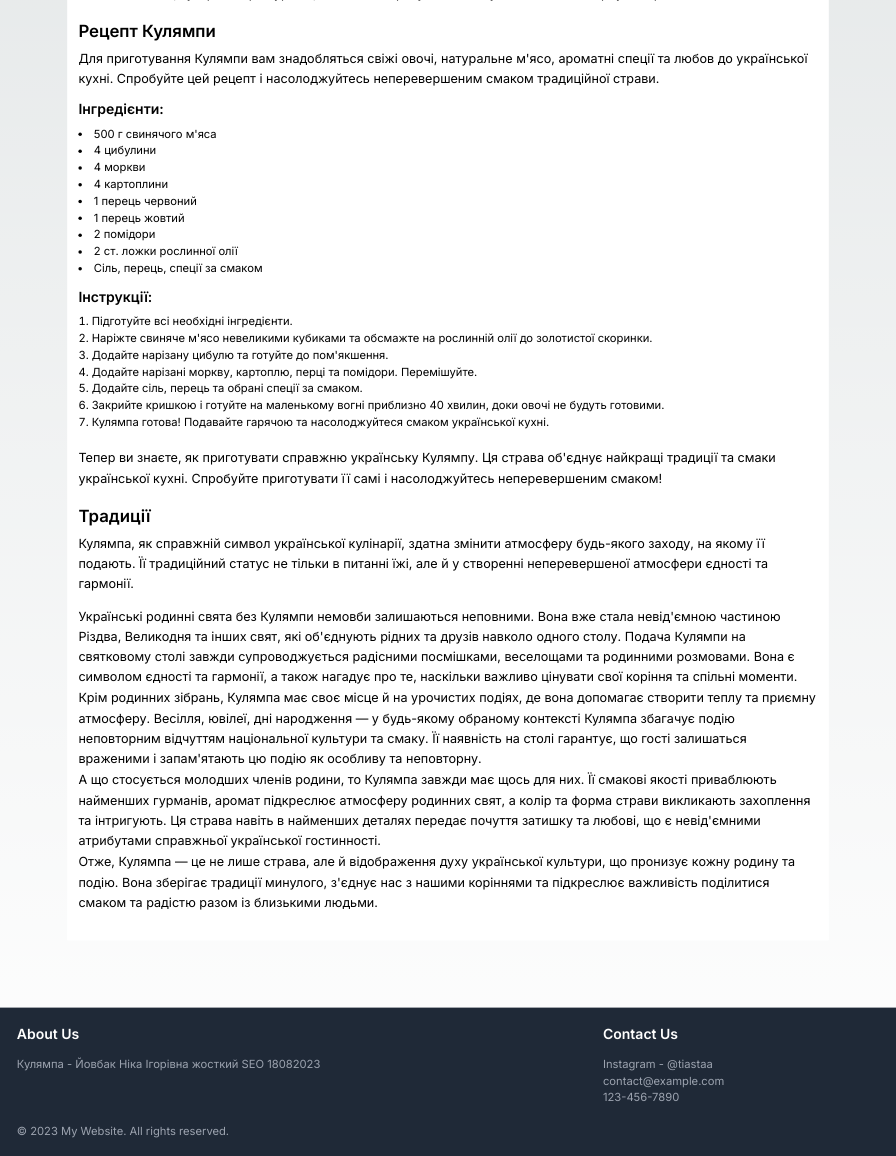
Repository: nika-otter/Kulyampa
Page: /
The author's editor kept a copy of each file at every save. The page is drawn from the files as they stood at one save, then again after the next save.
The browser window is 1280 px wide. The pictures show the part of the page from y = 1288 to 3208 px (the page is 2940 px tall before and 3208 px after), at 70% of full size.
The project was rebuilt for these pictures with package versions that can differ from the ones it lists, and the page was loaded fresh each time. The framework's server and built-in components were replaced by stand-ins that run in the browser. Also part of the build but not shown: next.config.js.

Above is the page before, as saved 2023-08-20 22:34:27.

### app/layout.tsx
import Header from '@/components/Header'
import Footer from '@/components/Footer'
import './globals.css'
import type { Metadata } from 'next'
import { Inter } from 'next/font/google'

const inter = Inter({ subsets: ['latin'] })

export const metadata: Metadata = {
  title: 'Кулямпа',
  description: 'Йовбак Ніка Ігорівна жосткий SEO 18082023',
}

export default function RootLayout({
  children,
}: {
  children: React.ReactNode
}) {
  return (
    <html lang="en">
      <head>
        <meta name="google-site-verification" content="2mgyOlwwhb-FOBIHL0X8Rst2spNoz82k-JcZP-eiwag" />
      </head>
      <body className={inter.className}>
        <Header />

        <main className="flex min-h-screen flex-col items-center justify-between sm:p-2 md:p-5 lg:p-24 xl:p-24 2xl:p-24 ">
            {children}
          </main>
        <Footer/>
        </body>

    </html>
  )
}

### app/page.tsx
import Kulyampa from '@/components/Kulyampa'
import Image from 'next/image'

export default function Home() {
  return (
    <>
      <Kulyampa />
    </>
  )
}

### components/Header.tsx
import Link from 'next/link'
import React from 'react'

const Header = () => {
  return (
    <header className="bg-gray-800 text-white py-4 px-4">
      <div className="container mx-auto flex justify-between items-center">
        <h1 className="text-xl font-semibold">Кулямпа</h1>
        <nav>
          <div className="flex space-x-4">
            <Link href="/">Кулямпа</Link>
            <Link href="/YN">SEO</Link>

          </div>
        </nav>
      </div>
    </header>
  )
}

export default Header

### components/Footer.tsx
import React from "react";

const Footer = () => {
  return (
    <footer className="bg-gray-800 text-white py-6 px-6">
      <div className="container mx-auto">
        <div className="grid grid-cols-1 md:grid-cols-3 gap-6">
          <div className="col-span-1 md:col-span-2">
            <h2 className="text-xl font-semibold mb-4">About Us</h2>
            <p className="text-gray-400">
              Кулямпа - Йовбак Ніка Ігорівна жосткий SEO 18082023
            </p>
          </div>
          <div>
            <h2 className="text-xl font-semibold mb-4">Contact Us</h2>
            <p className="text-gray-400">Instagram - <a href="https://instagram.com/tiastaa?igshid=NTc4MTIwNjQ2YQ==">@tiastaa</a></p>
            <p className="text-gray-400">contact@example.com</p>
            <p className="text-gray-400">123-456-7890</p>
          </div>
        </div>
        <div className="mt-6 ">
          <p className="text-gray-400 ">
            &copy; {new Date().getFullYear()} My Website. All rights reserved.
          </p>
        </div>
      </div>
    </footer>
  );
};

export default Footer;

### app/globals.css
@tailwind base;
@tailwind components;
@tailwind utilities;

:root {
  --foreground-rgb: 0, 0, 0;
  --background-start-rgb: 214, 219, 220;
  --background-end-rgb: 255, 255, 255;
}

@media (prefers-color-scheme: light) {
  :root {
   --foreground-rgb: 0, 0, 0;
  --background-start-rgb: 214, 219, 220;
  --background-end-rgb: 255, 255, 255;
  }
}

body {
  color: rgb(var(--foreground-rgb));
  background: linear-gradient(
      to bottom,
      transparent,
      rgb(var(--background-end-rgb))
    )
    rgb(var(--background-start-rgb));
}

### components/Kulyampa.tsx
import Image from 'next/image'
import React from 'react'

const Kulyampa = () => {
  return (
    <div className="bg-white p-4">
      <h1 className="text-3xl font-bold mb-4">Кулямпа: Традиційна українська страва</h1>
      <p className="text-gray-600 mb-2">Опубліковано 18 серпня 2023</p>

        <img src="/ca-creative-yzFO7e_87fs-unsplash.jpg" alt="Кулямпа" className="w-full h-auto mb-6" />
      <nav className="mb-6">
        <ul className="flex space-x-4">
          <li>
            <a href="#about" className="text-blue-500 hover:underline">Про Кулямпу</a>
          </li>
          <li>
            <a href="#recipe" className="text-blue-500 hover:underline">Рецепт</a>
          </li>
          <li>
            <a href="#traditions" className="text-blue-500 hover:underline">Традиції</a>
          </li>
        </ul>
      </nav>

      <section id="about" className="mb-6">
        <h2 className="text-2xl font-semibold mb-2">Про Кулямпу</h2>
        <p className="text-lg leading-relaxed mb-4">
          <p className="text-lg leading-relaxed mb-4">
            <span>Кулямпа </span>
           — це неймовірна страва, що вважається істинним скарбом української кулінарії,
          переповнена багатством смаків та ароматів, що відбивають багаторічні традиції та культурну спадщину нашого народу.
          Від тих часів, коли вона вперше з'явилася на українських обідніх столах, аж до сьогодення,
          Кулямпа пройшла великий шлях і стала символом злагоди, щедрості і гостинності.
        </p>
        <p className="text-lg leading-relaxed mb-4">
          Кулямпа — це більше, ніж просто страва. Вона є окном у минуле, яке дарує нам змогу сприймати аромати давніх часів
          та відчути палітру смаків, які розповідають про багатство української землі. Кожен шматочок цієї страви — це ковзання в часі,
          зустріч із пращурами, які вже тоді розуміли та цінували цю неповторну симфонію смаків.
        </p>
        </p>
      </section>

      <section id="recipe" className="mb-6">
        <h2 className="text-2xl font-semibold mb-2">Рецепт Кулямпи</h2>
        <p className="text-lg leading-relaxed mb-4">
        Для приготування Кулямпи вам знадобляться свіжі овочі, натуральне м'ясо,
        ароматні спеції та любов до української кухні. Спробуйте цей рецепт і
        насолоджуйтесь неперевершеним смаком традиційної страви.
      </p>

      <h3 className="text-xl font-semibold mb-2">Інгредієнти:</h3>
      <ul className="list-disc list-inside mb-4">
        <li>500 г свинячого м'яса</li>
        <li>4 цибулини</li>
        <li>4 моркви</li>
        <li>4 картоплини</li>
        <li>1 перець червоний</li>
        <li>1 перець жовтий</li>
        <li>2 помідори</li>
        <li>2 ст. ложки рослинної олії</li>
        <li>Сіль, перець, спеції за смаком</li>
      </ul>

      <h3 className="text-xl font-semibold mb-2">Інструкції:</h3>
      <ol className="list-decimal list-inside mb-6">
        <li>Підготуйте всі необхідні інгредієнти.</li>
        <li>Наріжте свиняче м'ясо невеликими кубиками та обсмажте на рослинній олії до золотистої скоринки.</li>
        <li>Додайте нарізану цибулю та готуйте до пом'якшення.</li>
        <li>Додайте нарізані моркву, картоплю, перці та помідори. Перемішуйте.</li>
        <li>Додайте сіль, перець та обрані спеції за смаком.</li>
        <li>Закрийте кришкою і готуйте на маленькому вогні приблизно 40 хвилин, доки овочі не будуть готовими.</li>
        <li>Кулямпа готова! Подавайте гарячою та насолоджуйтеся смаком української кухні.</li>
      </ol>

      <p className="text-lg leading-relaxed">
        Тепер ви знаєте, як приготувати справжню українську Кулямпу. Ця страва
        об'єднує найкращі традиції та смаки української кухні. Спробуйте приготувати
        її самі і насолоджуйтесь неперевершеним смаком!
      </p>
      </section>

      <section id="traditions" className="mb-6">
        <h2 className="text-2xl font-semibold mb-2">Традиції</h2>
        <p className="text-lg leading-relaxed mb-4">
          Кулямпа, як справжній символ української кулінарії, здатна змінити атмосферу будь-якого заходу, на якому її подають.
          Її традиційний статус не тільки в питанні їжі, але й у створенні неперевершеної атмосфери єдності та гармонії.
        </p>
        <p className="text-lg leading-relaxed">
          Українські родинні свята без Кулямпи немовби залишаються неповними. Вона вже стала невід'ємною частиною Різдва, Великодня та інших свят,
          які об'єднують рідних та друзів навколо одного столу. Подача Кулямпи на святковому столі завжди супроводжується радісними посмішками,
          веселощами та родинними розмовами. Вона є символом єдності та гармонії, а також нагадує про те, наскільки важливо цінувати свої коріння та спільні моменти.
        </p>
        <p className="text-lg leading-relaxed">
          Крім родинних зібрань, Кулямпа має своє місце й на урочистих подіях, де вона допомагає створити теплу та приємну атмосферу. Весілля, ювілеї, дні народження —
          у будь-якому обраному контексті Кулямпа збагачує подію неповторним відчуттям національної культури та смаку. Її наявність на столі гарантує, що гості залишаться враженими
          і запам'ятають цю подію як особливу та неповторну.
        </p>
        <p className="text-lg leading-relaxed">
          А що стосується молодших членів родини, то Кулямпа завжди має щось для них. Її смакові якості приваблюють найменших гурманів, аромат підкреслює атмосферу родинних свят,
          а колір та форма страви викликають захоплення та інтригують. Ця страва навіть в найменших деталях передає почуття затишку та любові, що є невід'ємними атрибутами справжньої української гостинності.
        </p>
        <p className="text-lg leading-relaxed">
          Отже, Кулямпа — це не лише страва, але й відображення духу української культури, що пронизує кожну родину та подію. Вона зберігає традиції минулого, з'єднує нас з нашими коріннями
          та підкреслює важливість поділитися смаком та радістю разом із близькими людьми.
        </p>
      </section>


    </div>
  )
}

export default Kulyampa

### tailwind.config.ts
import type { Config } from 'tailwindcss'

const config: Config = {
  content: [
    './pages/**/*.{js,ts,jsx,tsx,mdx}',
    './components/**/*.{js,ts,jsx,tsx,mdx}',
    './app/**/*.{js,ts,jsx,tsx,mdx}',
  ],
  darkMode: 'media',
  theme: {
    extend: {
      backgroundImage: {
        'gradient-radial': 'radial-gradient(var(--tw-gradient-stops))',
        'gradient-conic':
          'conic-gradient(from 180deg at 50% 50%, var(--tw-gradient-stops))',
      },
    },
  },
  plugins: [],
}
export default config

After the next save:
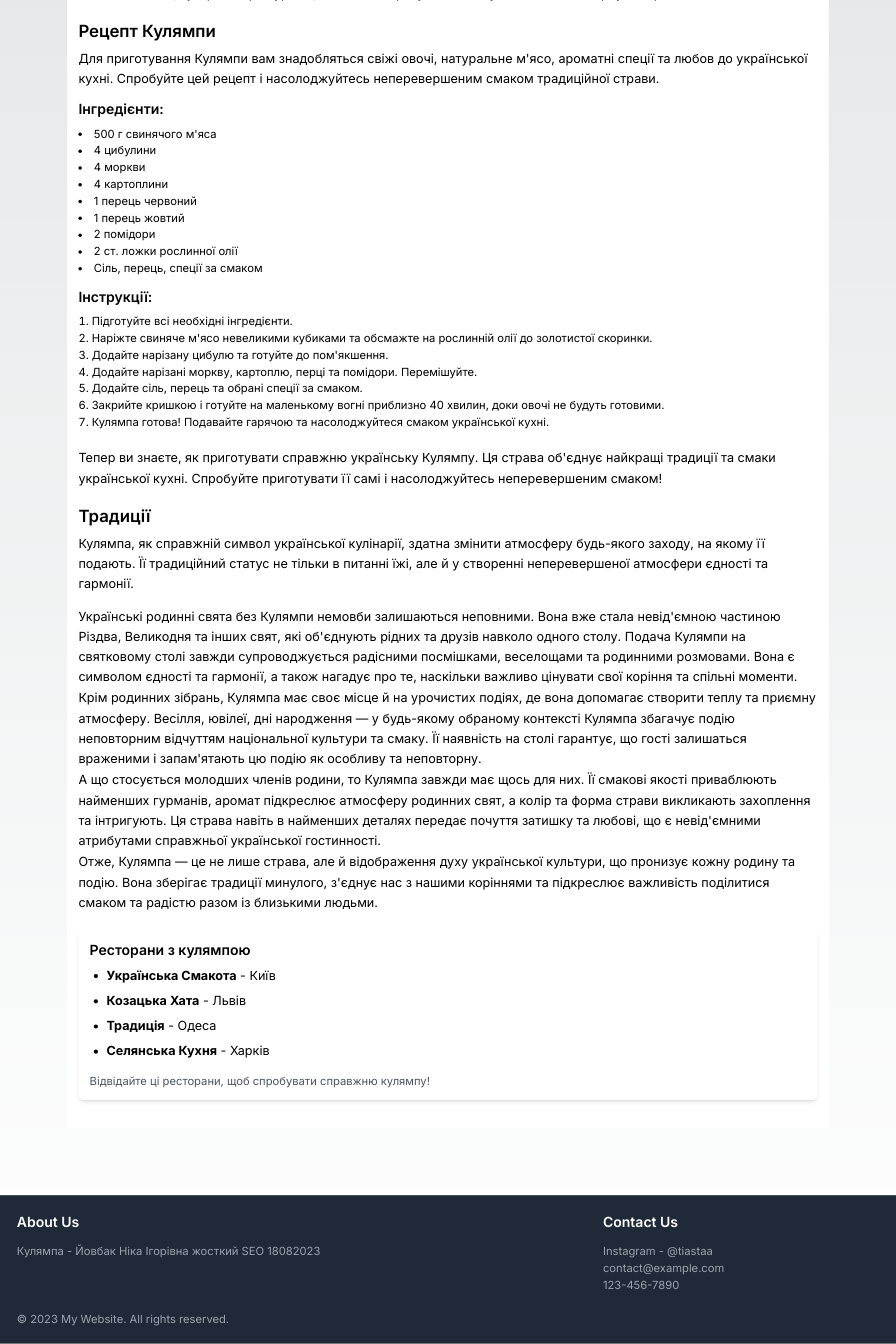
Saved 13 min 17 s later.
--- a/components/Kulyampa.tsx
+++ b/components/Kulyampa.tsx
@@ -2,6 +2,26 @@ import Image from 'next/image'
 import React from 'react'
 
 const Kulyampa = () => {
+
+const restaurants = [
+    {
+      name: "Українська Смакота",
+      location: "Київ",
+    },
+    {
+      name: "Козацька Хата",
+      location: "Львів",
+    },
+    {
+      name: "Традиція",
+      location: "Одеса",
+    },
+    {
+      name: "Селянська Кухня",
+      location: "Харків",
+    },
+  ];
+
   return (
     <div className="bg-white p-4">
       <h1 className="text-3xl font-bold mb-4">Кулямпа: Традиційна українська страва</h1>
@@ -104,7 +124,21 @@ const Kulyampa = () => {
           та підкреслює важливість поділитися смаком та радістю разом із близькими людьми.
         </p>
       </section>
-
+      <section id="restaurants" className="mb-6">
+        <div className="bg-white p-4 rounded-lg shadow-md">
+      <h2 className="text-xl font-semibold mb-2">Ресторани з кулямпою</h2>
+      <ul className="list-disc pl-6">
+        {restaurants.map((restaurant, index) => (
+          <li key={index} className="text-lg mb-2">
+            <strong>{restaurant.name}</strong> - {restaurant.location}
+          </li>
+        ))}
+      </ul>
+      <p className="mt-4 text-gray-600">
+        Відвідайте ці ресторани, щоб спробувати справжню кулямпу!
+      </p>
+    </div>
+      </section>
 
     </div>
   )
